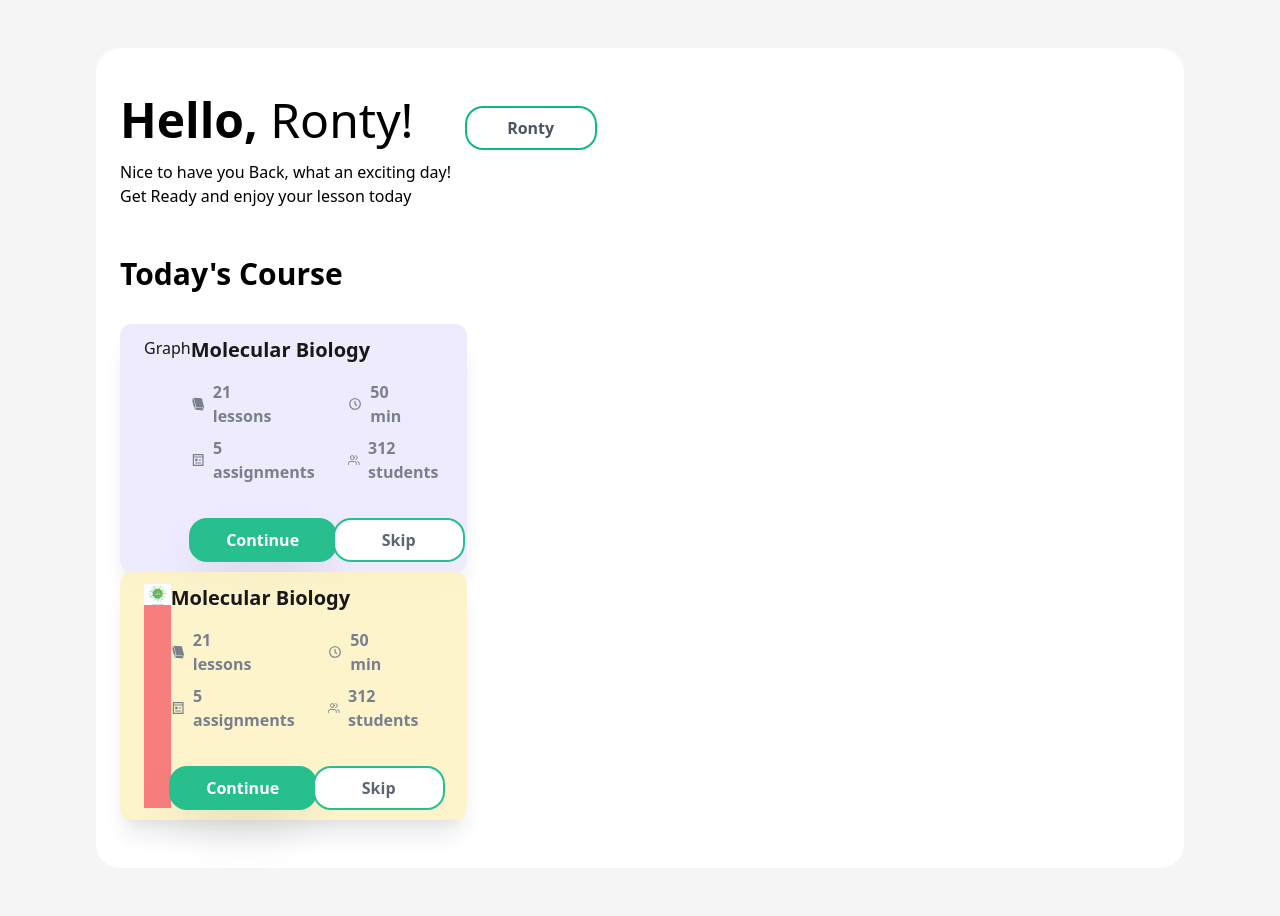
Repository: coolronts/Vite-Tailwind
Page: /
The author's editor kept a copy of each file at every save. The page is drawn from the files as they stood at one save, then again after the next save.
The browser window is 1280 px wide. The pictures show the whole page.
The project was rebuilt for these pictures with package versions that can differ from the ones it lists, and the page was loaded fresh each time. Also part of the build but not shown: vite.config.js.

Above is the page before, as saved 2021-11-26 13:48:13.

After the next save:
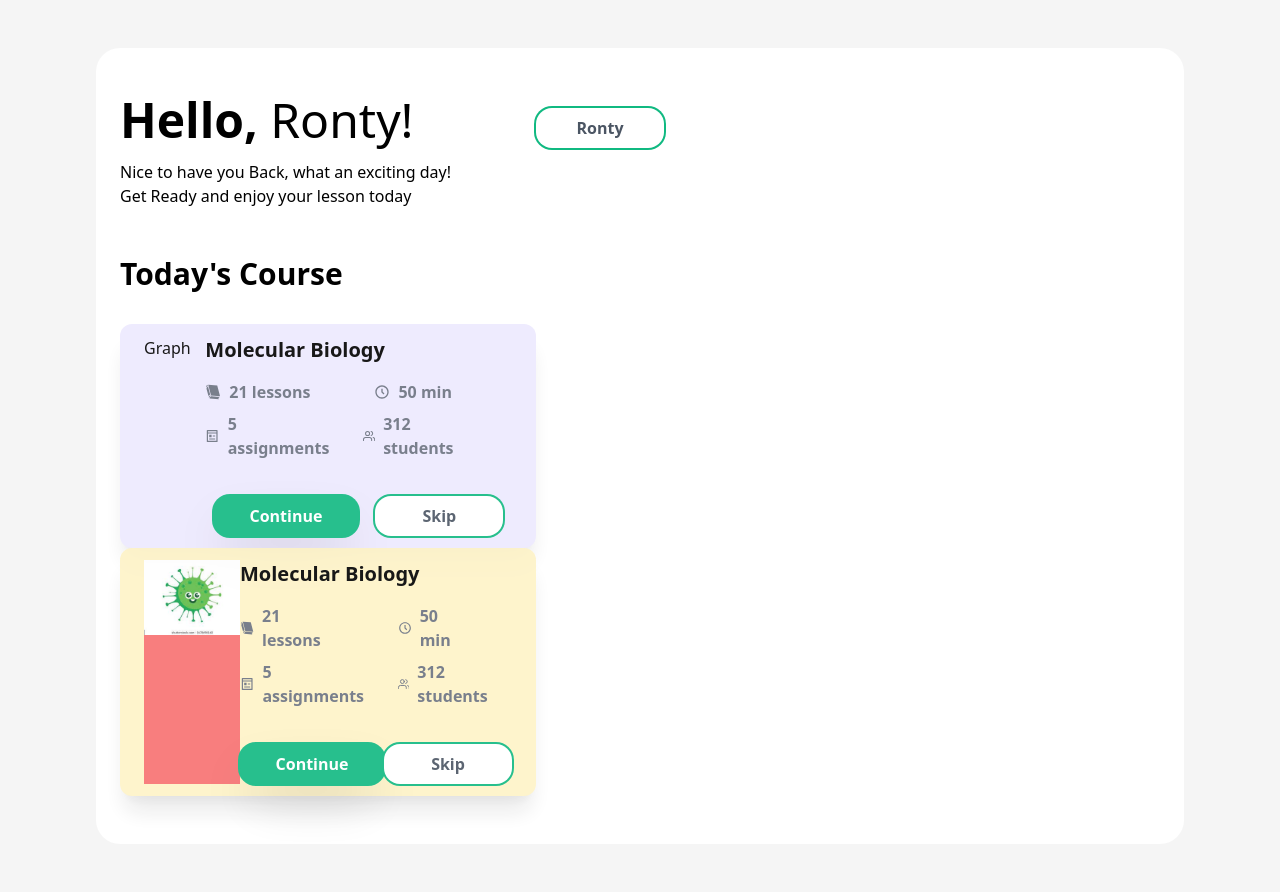
Saved 26 s later.
--- a/src/App.jsx
+++ b/src/App.jsx
@@ -11,7 +11,7 @@ function App() {
 
   return (
     <div className="App bg-white my-12 mx-24 rounded-3xl px-6 py-12">
-      <SplitScreen leftWeight = 'w-1/3'>
+      <SplitScreen leftWeight = 'w-2/5'>
         <div id="left">
           <Intro/>
           <div id="course">
